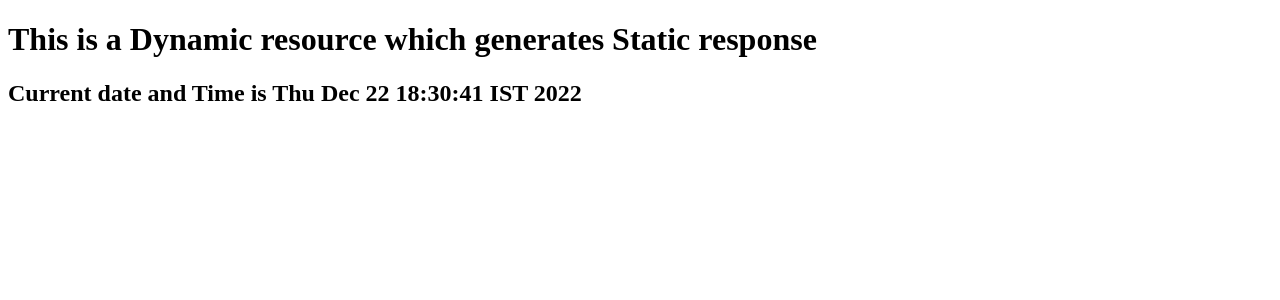
Repository: Krish1971997/eclipse-workspace
Page: Servelet-workspace/my-first-dynamic-web-app/src/main/webapp/index.html
These files come from the project's save history. The page is drawn as it stood at one moment and after the next save; the edit follows.
The browser window is 1280 px wide. The pictures show the whole page.

Above is the page before, as saved 2022-12-23 12:41:03.

### Servelet-workspace/my-first-dynamic-web-app/src/main/webapp/index.html
<!DOCTYPE html>
<html>
<head>
<meta charset="UTF-8">
<title>Insert title here</title>
</head>
<body>
 <h1>This is a Dynamic resource which generates Static response</h1>
 <h2>Current date and Time is Thu Dec 22 18:30:41 IST 2022</h2>
</body>
</html>

After the next save:
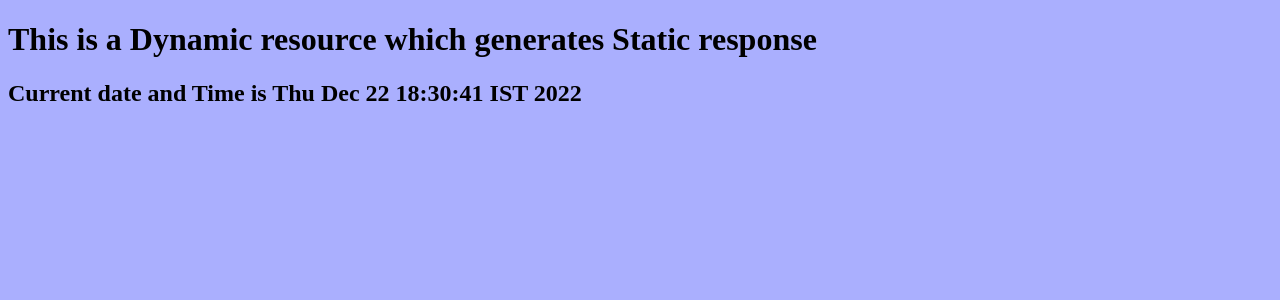
Saved 4 min 19 s later.
--- a/Servelet-workspace/my-first-dynamic-web-app/src/main/webapp/index.html
+++ b/Servelet-workspace/my-first-dynamic-web-app/src/main/webapp/index.html
@@ -4,7 +4,7 @@
 <meta charset="UTF-8">
 <title>Insert title here</title>
 </head>
-<body>
+<body style="background:#aaaffe ">
  <h1>This is a Dynamic resource which generates Static response</h1>
  <h2>Current date and Time is Thu Dec 22 18:30:41 IST 2022</h2>
 </body>
